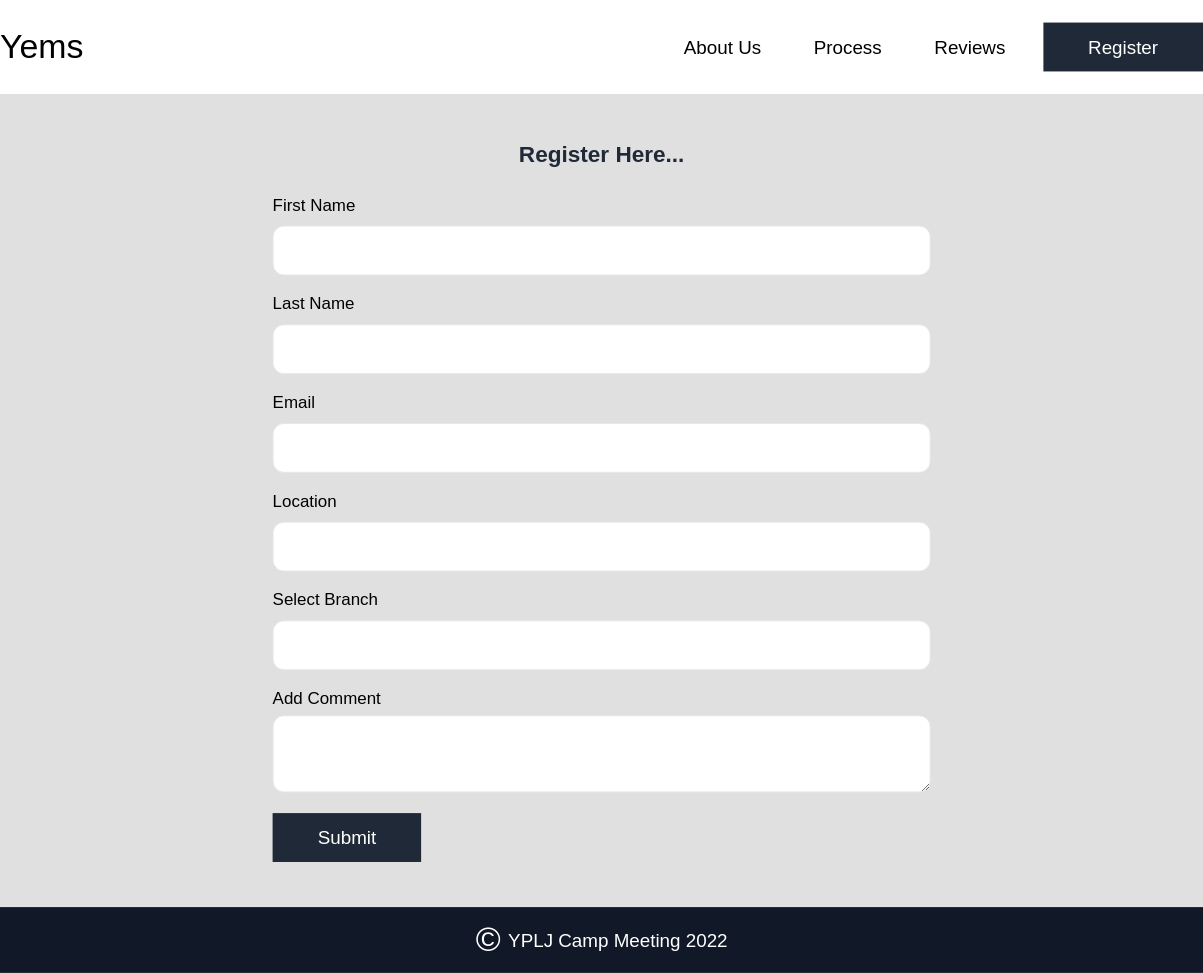
Repository: Ifenna-Pascal/user-camp-onboarding
Page: /register
The author's editor kept a copy of each file at every save. The page is drawn from the files as they stood at one save, then again after the next save.
The browser window is 1280 px wide. The pictures show the whole page, at 94% of full size.
Some web fonts or font styles are not loaded; a fallback is used. The project was rebuilt for these pictures with package versions that can differ from the ones it lists, and the page was loaded fresh each time. The framework's server and built-in components were replaced by stand-ins that run in the browser. Also part of the build but not shown: next.config.js.

Above is the page before, as saved 2022-11-18 07:18:36.

After the next save:
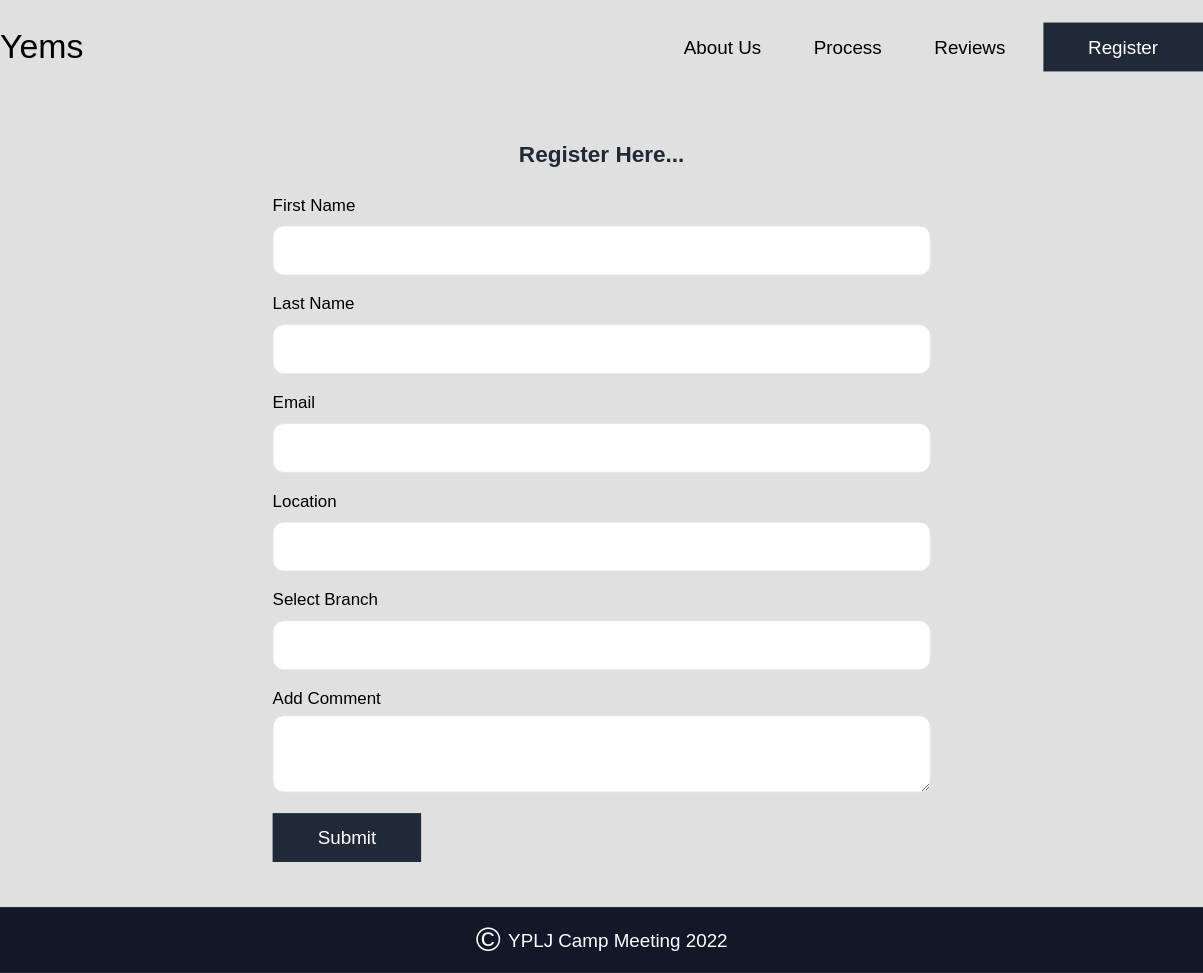
Saved 32 s later.
--- a/components/layout/Nav.jsx
+++ b/components/layout/Nav.jsx
@@ -9,7 +9,7 @@ function Nav() {
     setShow(!show);
   };
   return (
-    <div className="sticky top-0 mb-4 z-50 bg-white">
+    <div className="sticky top-0 mb-4 z-50 bg-[#e0e0e0]">
       <nav className="w-full py-6 flex items-center mx-4 lg:max-w-[1450px] lg:mx-auto justify-between">
         <Link href="/">
           {" "}
